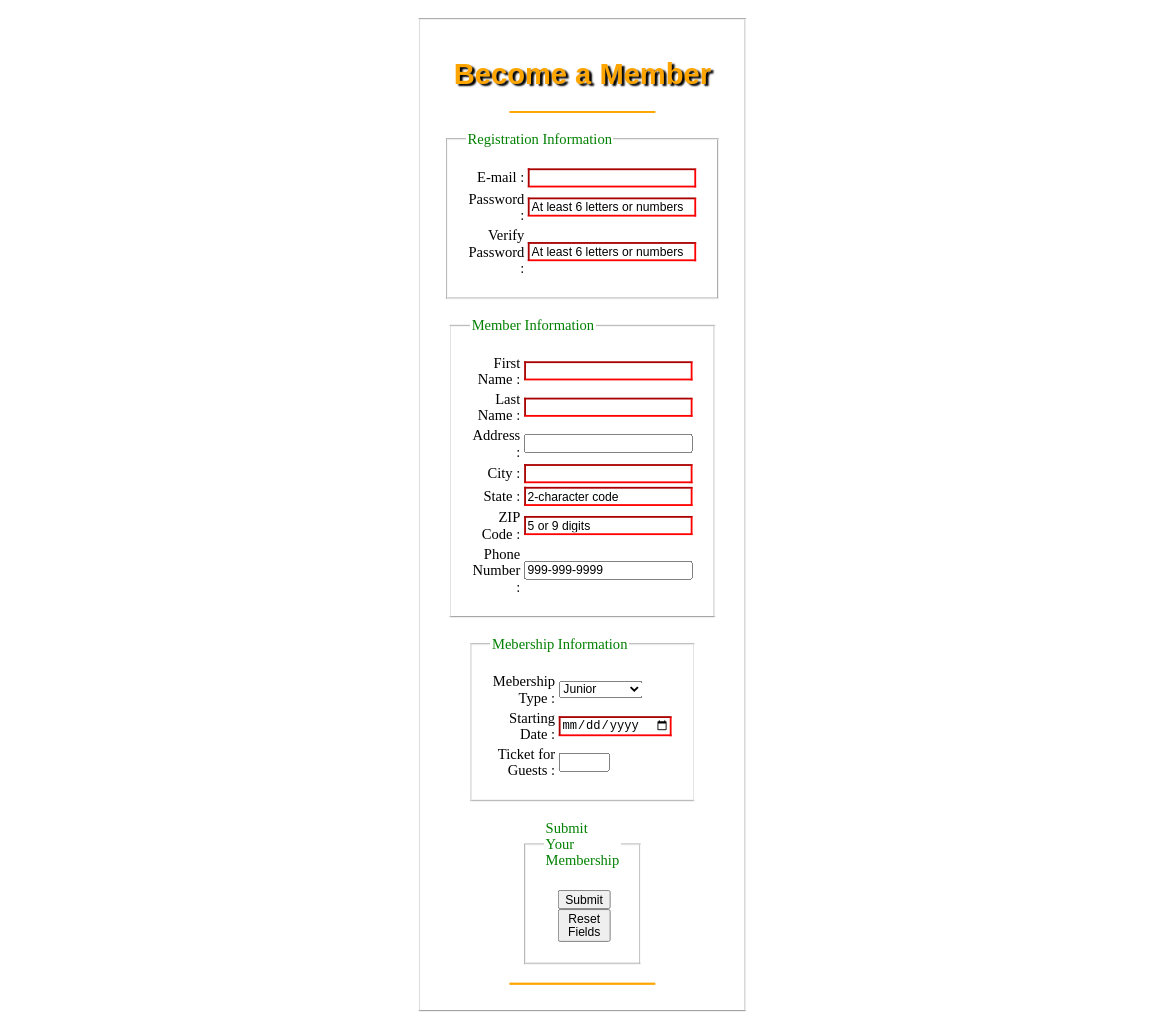
Repository: kjungyoun/Web_Study_2021
Page: 05_seoul08_homework/0302/0302.html
These files come from the project's save history. The page is drawn as it stood at one moment and after the next save; the edit follows.
The browser window is 1280 px wide. The pictures show the whole page, at 91% of full size.
Some web fonts or font styles are not loaded; a fallback is used.

Above is the page before, as saved 2021-03-02 12:54:20.

After the next save:
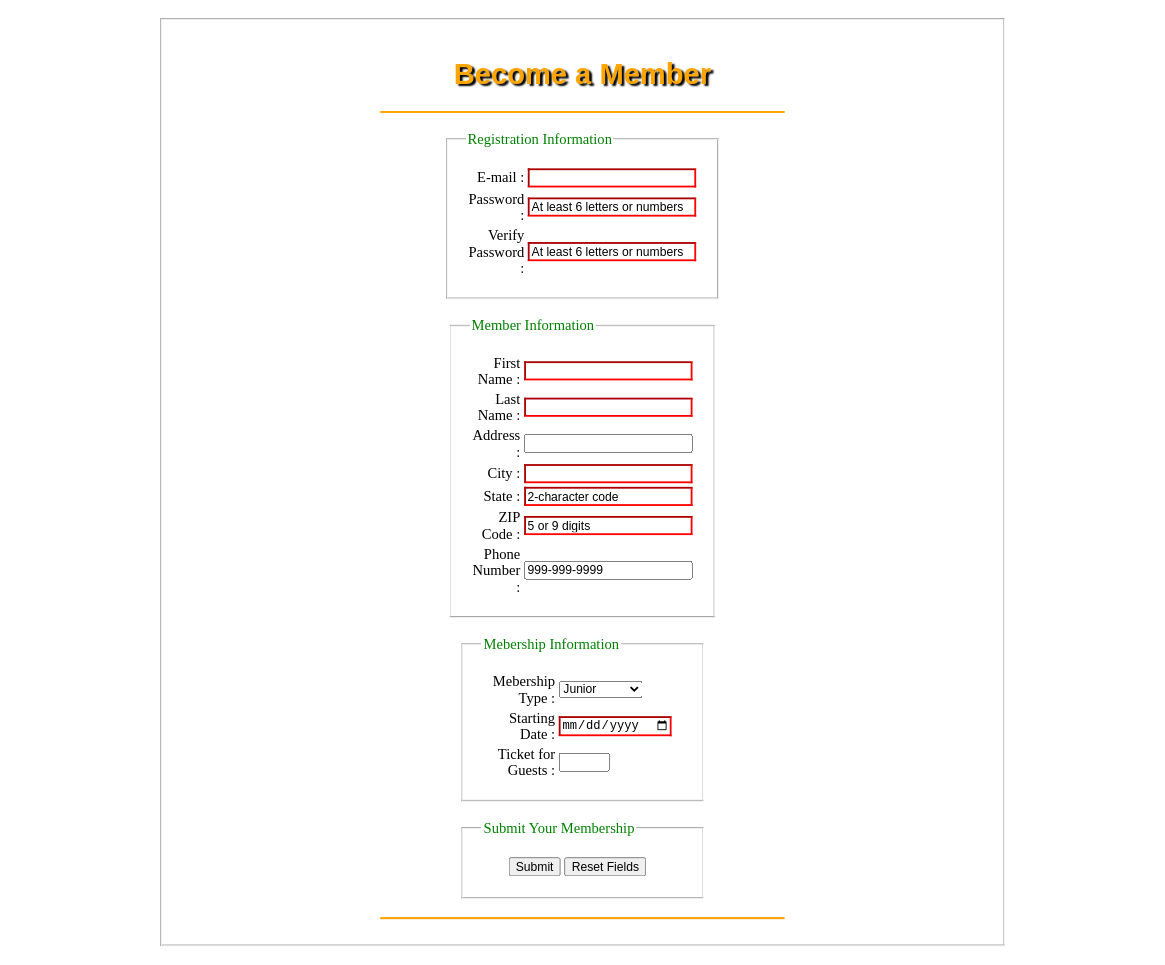
Saved 29 s later.
--- a/05_seoul08_homework/0302/0302.html
+++ b/05_seoul08_homework/0302/0302.html
@@ -4,6 +4,9 @@
 <meta charset="UTF-8">
 <title>Become a Member</title>
 <style type="text/css">
+	fieldset.outter{
+	width : 70%;
+	}
 	fieldset {
 	color: green;
 	width:25%;
